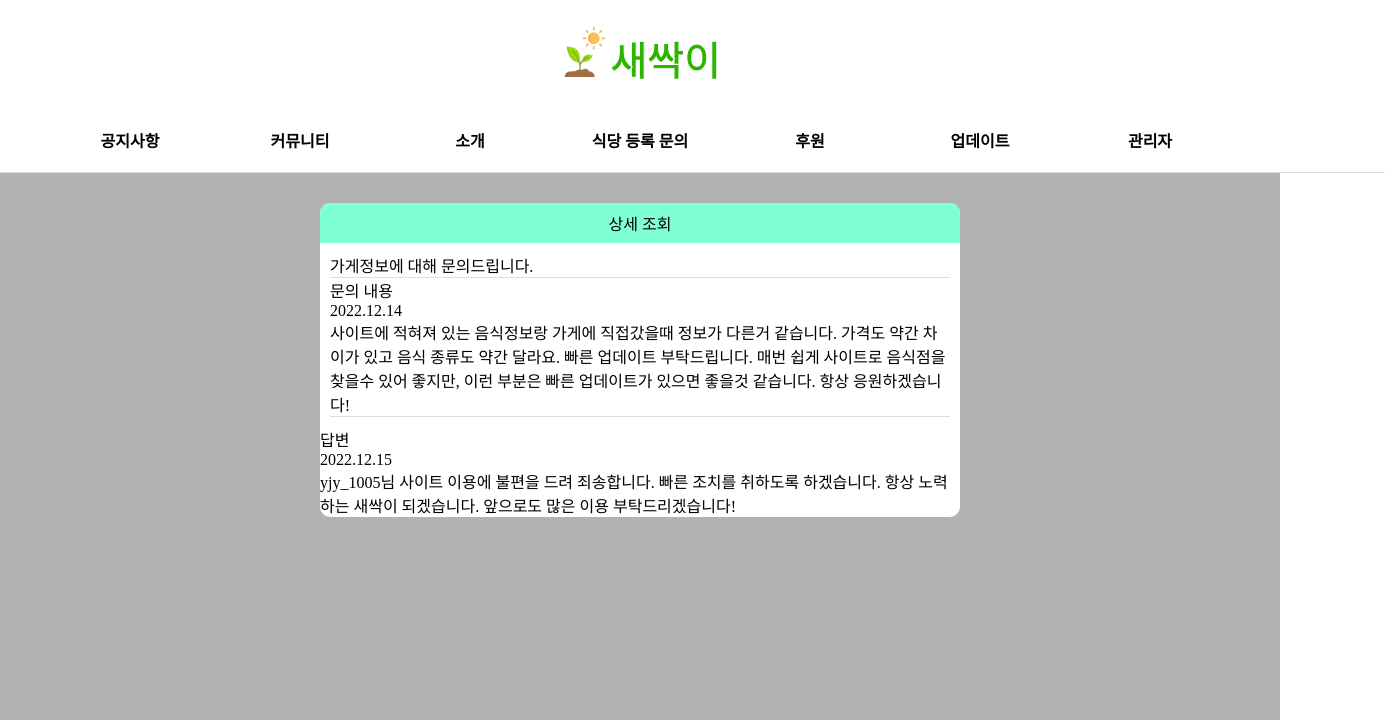
Repository: Seedye/Seedye
Page: team/src/main/webapp/html/board/board-view.html
An editor plug-in stored every save of this project. The page is shown before and after the next save, followed by the edit.
The browser window is 1280 px wide. The page is 1385 px wide, so the pictures cover 1385 px, including what lies to the right of the window. The pictures show the whole page.
Some web fonts or font styles are not loaded; a fallback is used. Some web libraries are served in a nearby version.

Above is the page before, as saved 2022-12-15 11:22:36.

After the next save:
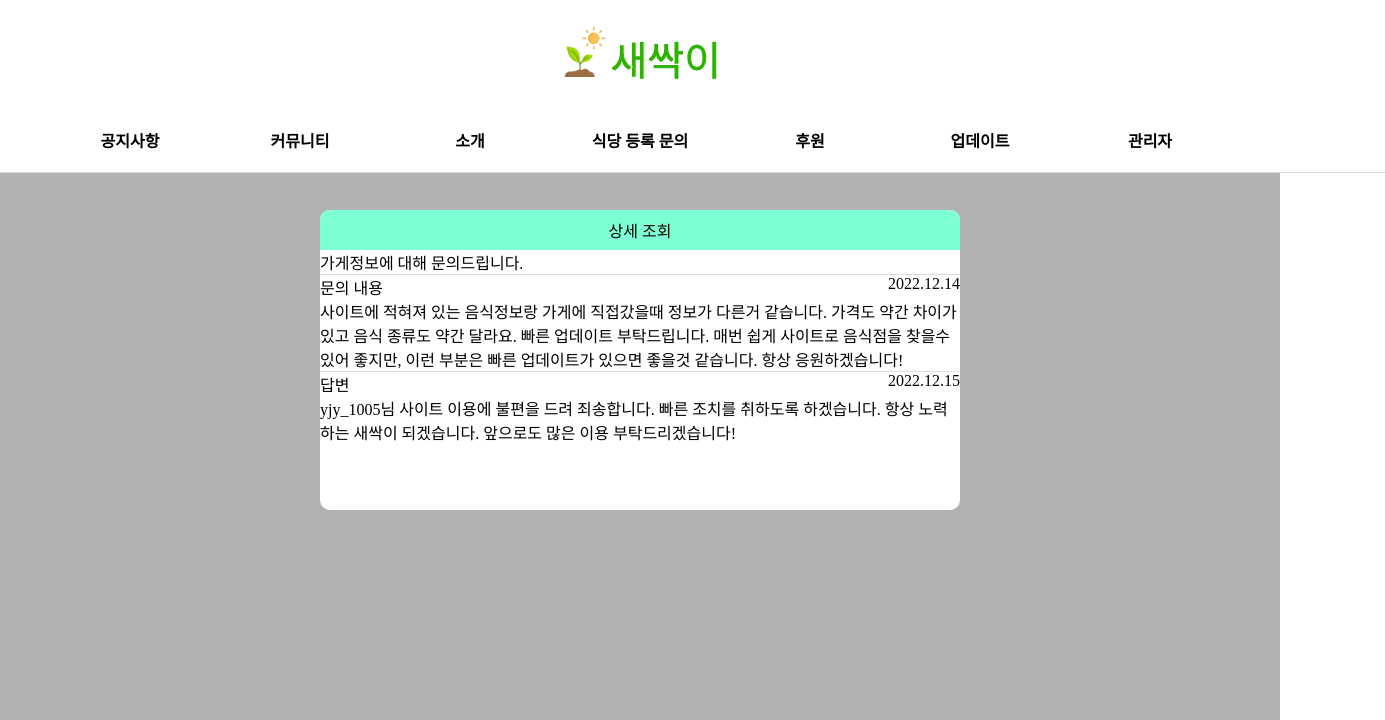
Saved 22 s later.
--- a/team/src/main/webapp/resources/css/board/board-view-style.css
+++ b/team/src/main/webapp/resources/css/board/board-view-style.css
@@ -34,17 +34,17 @@
 
 }
 /* 상세보기 내용 */
-.board-view-content{
+.board-view-content-conment{
   padding: 10px;
 }
 .board-view-content>p:first-child{
   /* padding: 10px; */
   border-bottom: 1px solid #ddd;
 }
-.board-view-content-conment{
+.board-view-content-content{
   display: flex;
   justify-content: space-between;
-  /* flex-: space-between; */
+  flex-: space-between;
 }
 .board-view-content-detail{
   border-bottom: 1px solid #ddd;
